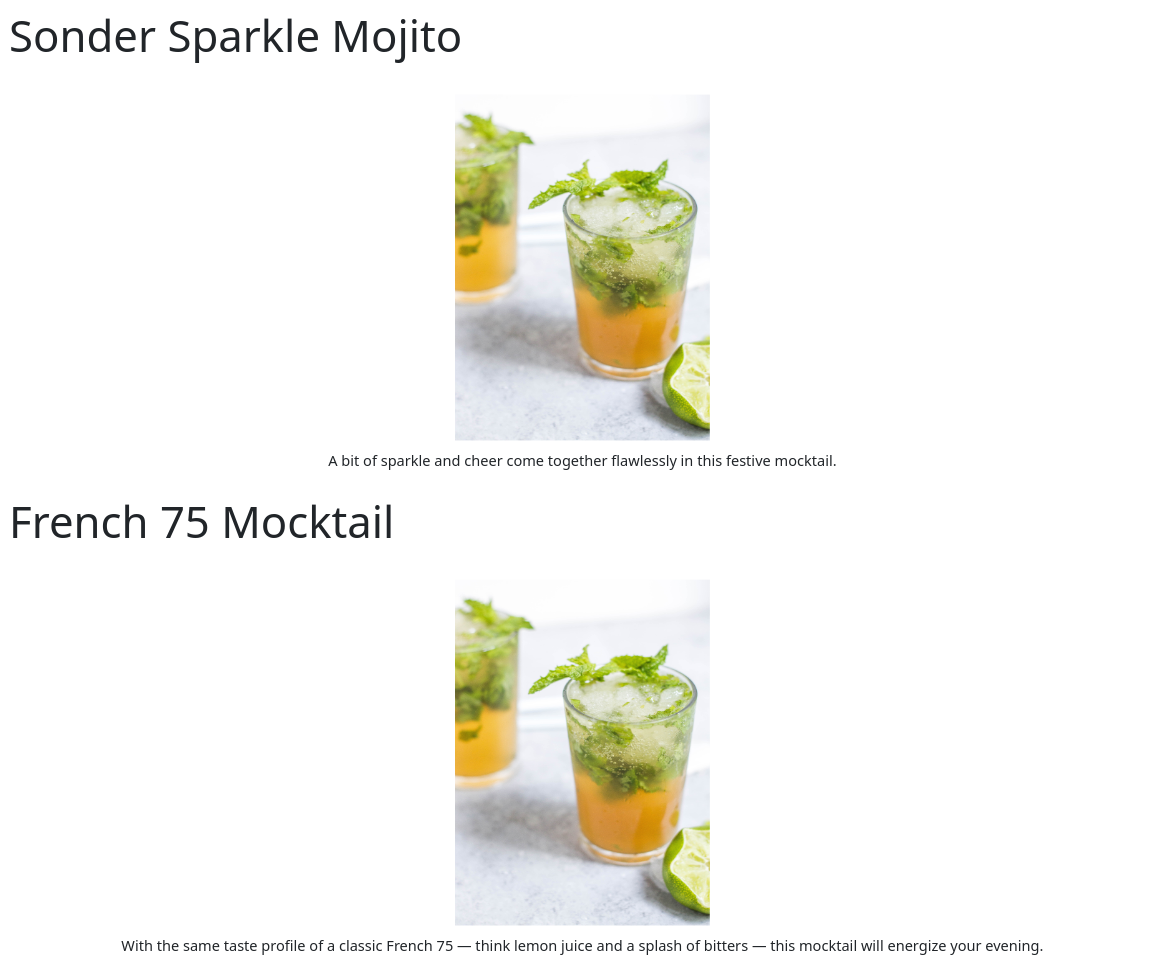
Repository: Flatbook/sliced_bread
Page: http://localhost/
An editor plug-in stored every save of this project. The page is shown before and after the next save, followed by the edit.
The browser window is 1280 px wide. The pictures show the whole page, at 91% of full size.
Some web libraries are served in a nearby version. The page is served by the project's application, run on Flask 3 (app.py). Other server files are loaded and not shown.

Above is the page before, as saved 2021-05-15 23:25:17.

### flask_project/templates/home.html
{% extends "layout.html" %}
{% block content %}
    {% for drink in drinks %}
        <p class="display-5" style="padding: 10px 10px">{{drink.title}}</p>
        <img src="{{ user_image }}" width="300" height="400" class="mx-auto d-block" style="padding: 10px 10px"/>

        <p style="text-align: center" >{{drink.description}}</p>
    {% endfor %}
{% endblock %}

### flask_project/templates/layout.html
<!DOCTYPE html>
<html lang="en">
<head>
    <meta charset="UTF-8">
    <meta http-equiv="X-UA-Compatible" content="IE=edge">
    <meta name="viewport" content="width=device-width, initial-scale=1.0">
    <!-- <link rel = "stylesheet" href="{{ url_for('static', filename='css/main.css') }}"> -->
    <link href="https://cdn.jsdelivr.net/npm/bootstrap@5.0.1/dist/css/bootstrap.min.css" rel="stylesheet" integrity="sha384-+0n0xVW2eSR5OomGNYDnhzAbDsOXxcvSN1TPprVMTNDbiYZCxYbOOl7+AMvyTG2x" crossorigin="anonymous">
    <title>Greatest Beverage </title>
</head>
<body>
    {% block content %} {% endblock %}

 <!-- Optional JavaScript -->
    <!-- jQuery first, then Popper.js, then Bootstrap JS -->
    <script src="https://code.jquery.com/jquery-3.2.1.slim.min.js" integrity="sha384-KJ3o2DKtIkvYIK3UENzmM7KCkRr/rE9/Qpg6aAZGJwFDMVNA/GpGFF93hXpG5KkN" crossorigin="anonymous"></script>
    <script src="https://cdnjs.cloudflare.com/ajax/libs/popper.js/1.12.9/umd/popper.min.js" integrity="sha384-ApNbgh9B+Y1QKtv3Rn7W3mgPxhU9K/ScQsAP7hUibX39j7fakFPskvXusvfa0b4Q" crossorigin="anonymous"></script>
    <script src="https://maxcdn.bootstrapcdn.com/bootstrap/4.0.0/js/bootstrap.min.js" integrity="sha384-JZR6Spejh4U02d8jOt6vLEHfe/JQGiRRSQQxSfFWpi1MquVdAyjUar5+76PVCmYl" crossorigin="anonymous"></script>
</body>
</html>

### flask_project/app.py
from flask import Flask, render_template
from form import checkoutForm
import os
app = Flask(__name__)

imagesFolder = os.path.join('static','images')

app.config['SECRET_KEY'] = "my secret key"
app.config['UPLOAD_FOLDER'] =imagesFolder


drinks =[{
    'title' : 'Sonder Sparkle Mojito',
    'description': 'A bit of sparkle and cheer come together flawlessly in this festive mocktail.'

},
{
    'title': 'French 75 Mocktail',
    'description': 'With the same taste profile of a classic French 75 — think lemon juice and a splash of bitters — this mocktail will energize your evening.'
}
]

@app.route("/")
def hello_world():
    drink2 = os.path.join(app.config['UPLOAD_FOLDER'],'drink2.jpg')
    return render_template('home.html',drinks=drinks,user_image = drink2)

@app.route("/btform")
def btform():
    return render_template('btform.html')

@app.route("/checkout",methods =['GET','POST'])
def checkout():
    name = None
    lname = None
    form = checkoutForm()
    #  #validate form
    if form.validate_on_submit():
        return 'Dear {}, your order for {} drinks is placed Succesfully.'.format(form.name.data,form.lname.data)
    return render_template("checkout.html",
     name=name,form = form)




if __name__ == '__main__':
    app.run(debug=True)

After the next save:
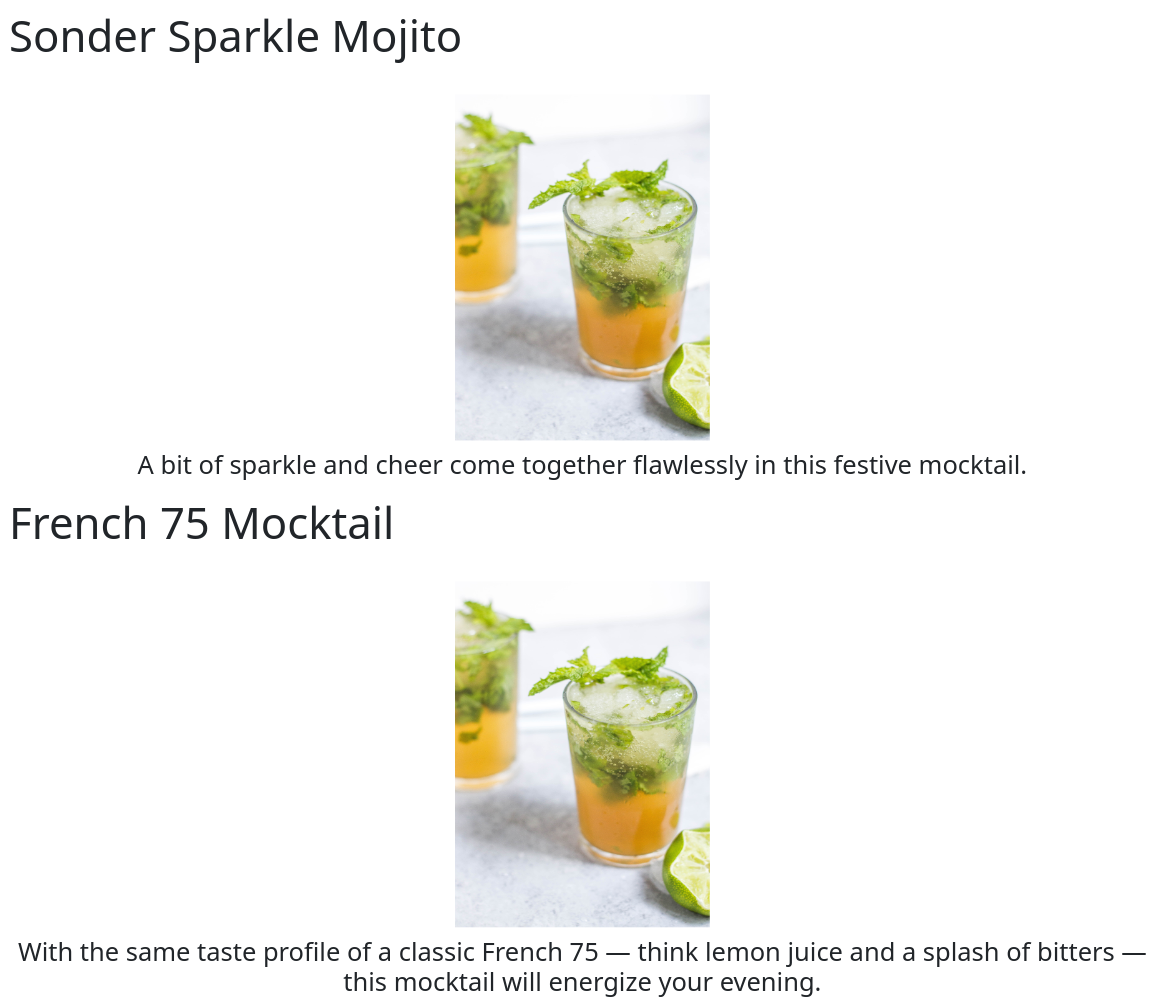
Saved 16 s later.
--- a/flask_project/templates/home.html
+++ b/flask_project/templates/home.html
@@ -4,6 +4,6 @@
         <p class="display-5" style="padding: 10px 10px">{{drink.title}}</p>
         <img src="{{ user_image }}" width="300" height="400" class="mx-auto d-block" style="padding: 10px 10px"/>
 
-        <p style="text-align: center" >{{drink.description}}</p>
+        <p style="text-align: center" class="h3" >{{drink.description}}</p>
     {% endfor %}
 {% endblock %}

After the save that followed:
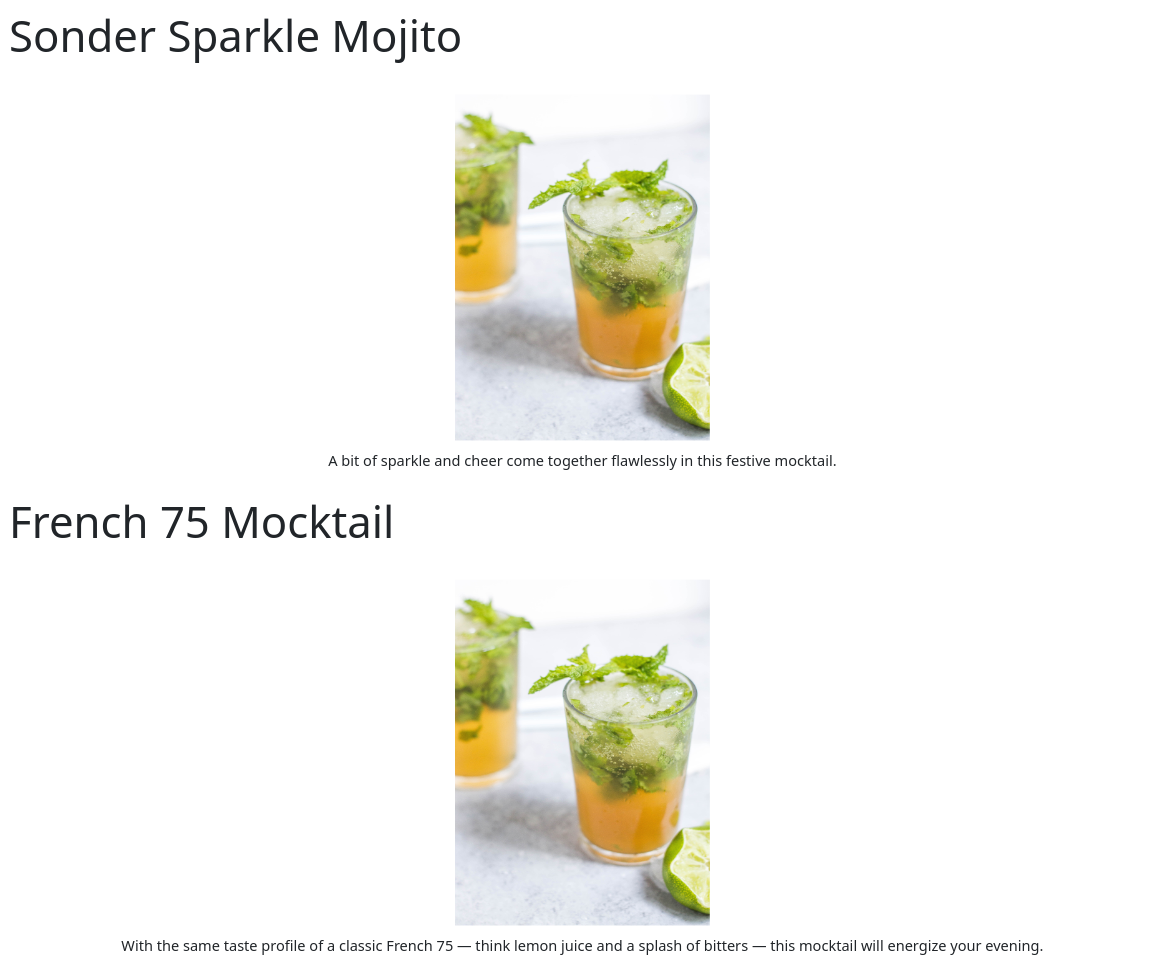
Saved 31 s later.
--- a/flask_project/templates/home.html
+++ b/flask_project/templates/home.html
@@ -4,6 +4,6 @@
         <p class="display-5" style="padding: 10px 10px">{{drink.title}}</p>
         <img src="{{ user_image }}" width="300" height="400" class="mx-auto d-block" style="padding: 10px 10px"/>
 
-        <p style="text-align: center" class="h3" >{{drink.description}}</p>
+        <p style="text-align: center" styke="font-size: 1.5rem"  >{{drink.description}}</p>
     {% endfor %}
 {% endblock %}
